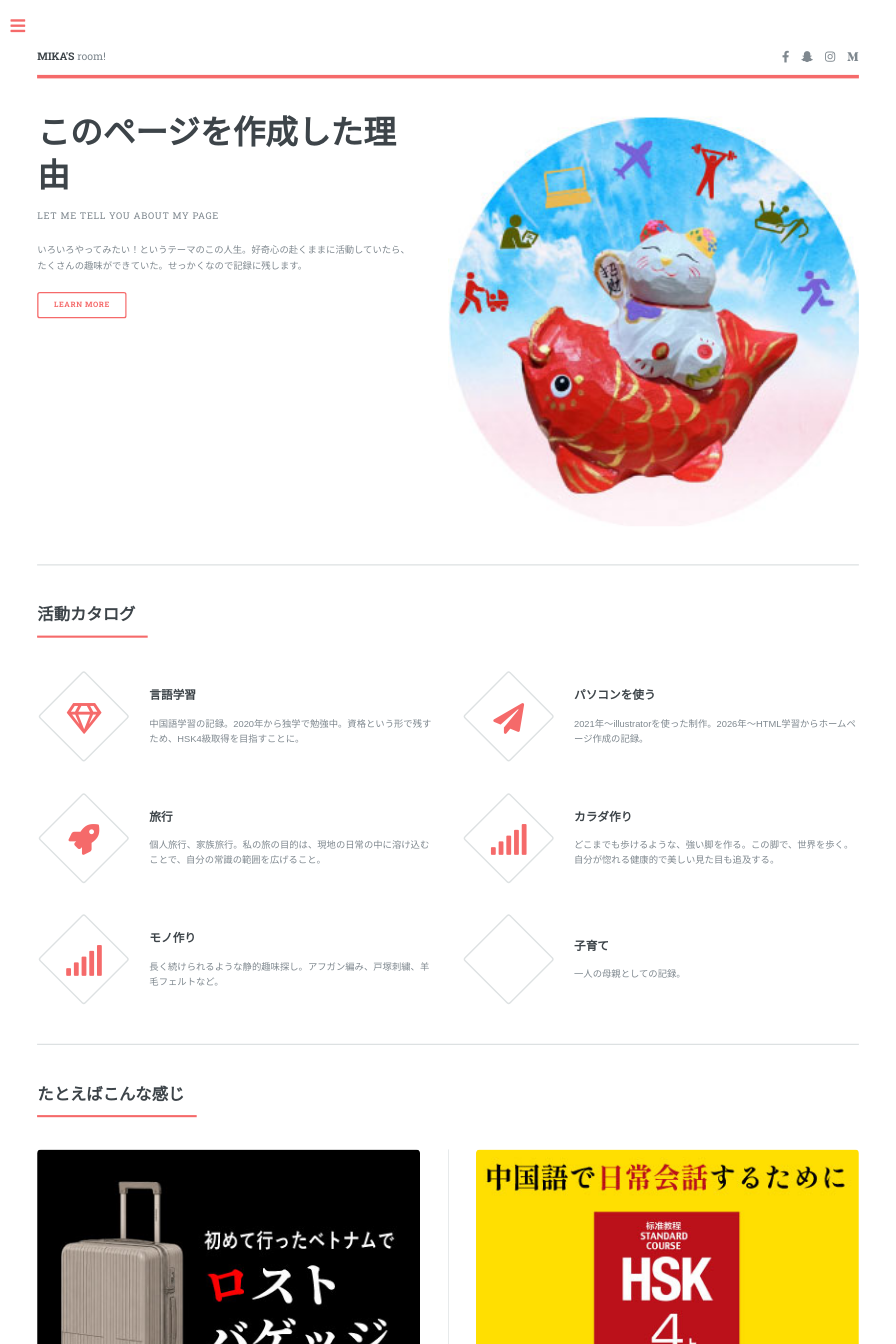
Repository: mika0138/html5up-editorial
Page: index.html
The author's editor kept a copy of each file at every save. The page is drawn from the files as they stood at one save, then again after the next save.
The browser window is 1280 px wide. The pictures show the part of the page from y = 0 to 1920 px (the page is 3608 px tall), at 70% of full size.
Some web fonts or font styles are not loaded; a fallback is used.

Above is the page before, as saved 2026-06-16 19:31:36.

After the next save:
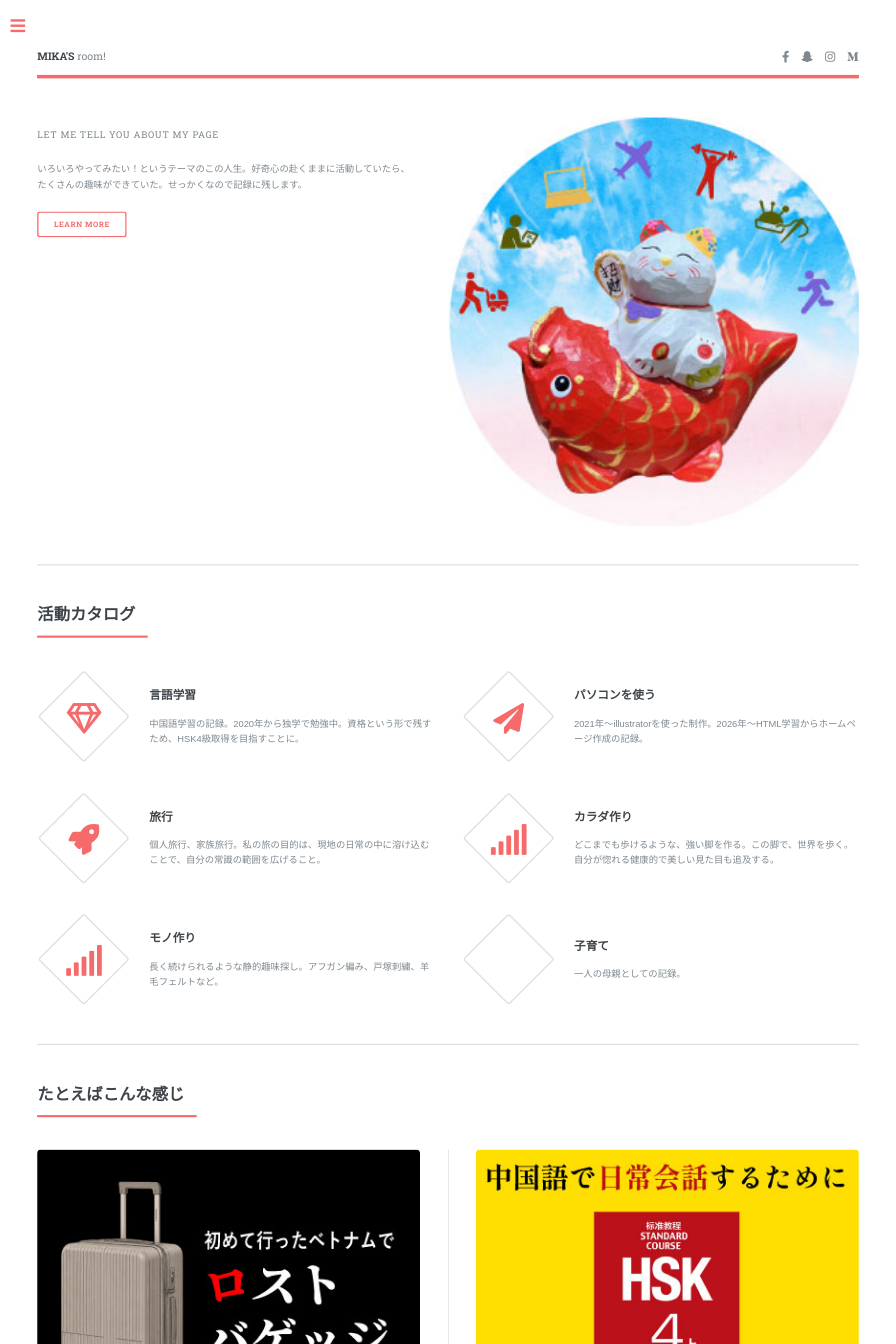
Saved 101 s later.
--- a/index.html
+++ b/index.html
@@ -39,7 +39,7 @@
 								<section id="banner">
 									<div class="content">
 										<header>
-											<h1>このページを作成した理由</h1>
+											<h1></h1>
 											<p>Let me tell you about my page</p>
 										</header>
 										<p>いろいろやってみたい！というテーマのこの人生。好奇心の赴くままに活動していたら、たくさんの趣味ができていた。せっかくなので記録に残します。</p>
